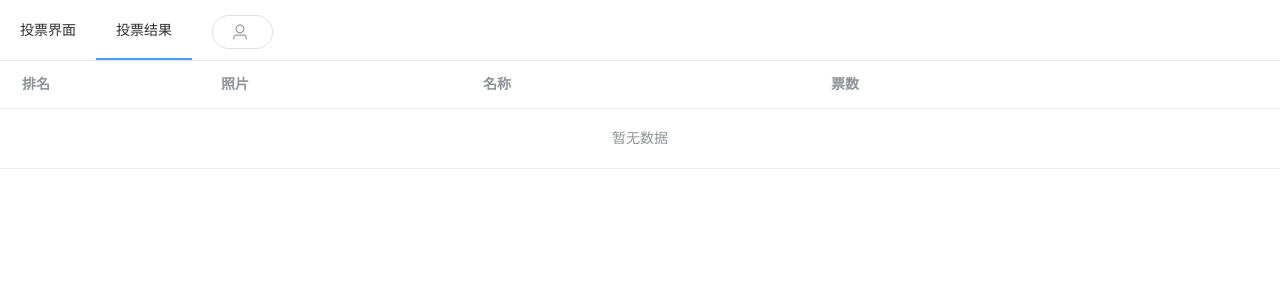
Repository: 280hhh/vote
Page: /#/result
The author's editor kept a copy of each file at every save. The page is drawn from the files as they stood at one save, then again after the next save.
The browser window is 1280 px wide. The pictures show the whole page.
The project was rebuilt for these pictures with package versions that can differ from the ones it lists, and the page was loaded fresh each time. Also part of the build but not shown: src/components/login.vue, src/components/home.vue, src/components/register.vue.

Above is the page before, as saved 2021-06-14 22:18:59.

### src/App.vue
<template>
      <div id="app">
        <!-- 路由占位符 -->
        <div id="nav" v-if="$route.meta.keepAlive">
        <el-menu :default-active="this.$route.path" router class="el-menu-demo" mode="horizontal">
          <el-menu-item v-for="(item,i) in nvaList" :key="i" :index="item.name">
            <template slot="title">
             <span> {{ item.navItem }}</span>
           </template>
          </el-menu-item>
          <el-menu-item>
            <el-dropdown>
              <el-button icon="el-icon-user" size="mini" round></el-button>
              <el-dropdown-menu slot="dropdown">
                <div v-if="loginUser.username!=''">
                  <el-dropdown-item>用户:{{loginUser.username}}</el-dropdown-item>
                  <el-dropdown-item @click.native="logOut">退出</el-dropdown-item>
                </div>
                <div v-else>
                      <router-link to='/login'>
                        <el-dropdown-item>去登陆</el-dropdown-item>
                      </router-link>
                </div>
              </el-dropdown-menu>
            </el-dropdown>
          </el-menu-item>
        </el-menu>
    </div>
    <router-view></router-view>
    </div>
</template>

<script>
export default {
  name:"app",
  data(){
    return{
        loginUser:{
        username:'',
        email:'',
        password:'',
        checkPassword:'',
        phoneNumber:''
      },
      nvaList:[
        {name:'/home',navItem:'投票界面'},
        {name:'/result',navItem:'投票结果'}
      ],
    }
  },
  methods:{
    //点击退出登录时
      logOut(){
        for(var item in this.loginUser){
            this.loginUser[item]='';
        }
        localStorage.loginUser=JSON.stringify(this.loginUser);
      }
  },
  mounted(){
        if(!window.localStorage) this.$message({showClose: true,message: '发生未知错误！',type: 'error'});
        //登录人信息初始化
        if(localStorage.loginUser!=null){
        this.loginUser=JSON.parse(localStorage.loginUser);
        //更新用户组和登陆人的票数和日期
        // this.oldMessage();
        for(var item in this.userGroup){
        }
            localStorage.loginUser=JSON.stringify(this.userGroup[item]);
            localStorage.userGroup=JSON.stringify(this.userGroup);
        }
  }
}

</script>

<style>
body{
  margin: 0;
  padding: 0;
}
</style>

### src/router/index.js
import Vue from 'vue'
import VueRouter from 'vue-router'
import Login from '../components/login.vue'
import '../assets/css/global.css'
import Home from '../components/home.vue'
import Register from '../components/register.vue'
import Result from '../components/result.vue'


Vue.use(VueRouter)

const routes = [
  {path:'/',redirect:'/login',meta:{keepAlive:false}},
  {path:'/login',component:Login,meta:{keepAlive:false}},
  {path:'/home',component:Home,meta:{keepAlive:true}},
  {path:'/register',component:Register,meta:{keepAlive:false}},
  {path:'/result',component:Result,meta:{keepAlive:true}}
]

const router = new VueRouter({
  routes
})

export default router

### src/plugins/element.js
import Vue from 'vue'
import { Button } from 'element-ui'
import {Form,FormItem} from 'element-ui'
import {Input} from 'element-ui'
import {Message} from 'element-ui'
import {Menu} from 'element-ui'
import {MenuItem} from 'element-ui'
import {Submenu} from 'element-ui'
import {Dropdown,DropdownItem,DropdownMenu} from 'element-ui'
import {Dialog} from 'element-ui'
import {Table} from 'element-ui'
import {Progress} from 'element-ui'
import {TableColumn} from 'element-ui'

Vue.use(Button)
Vue.use(Form)
Vue.use(FormItem)
Vue.use(Input)
Vue.prototype.$message=Message
Vue.use(Menu)
Vue.use(MenuItem)
Vue.use(Submenu)
Vue.use(Dropdown)
Vue.use(DropdownItem)
Vue.use(DropdownMenu)
Vue.use(Dialog)
Vue.use(Table)
Vue.use(Progress)
Vue.use(TableColumn)

### src/assets/css/global.css
html,
body,
#app{
  height: 100%;
  margin: 0;
  padding: 0;
}

### src/components/result.vue
<template>
  <div class="result_container">
    <div class="result_box">
      <el-table :data="contestants" stripe>
            <el-table-column width="60" label="排名" align="right">
                <template scope="scope"><span>{{scope.$index + 1}}</span> </template>
            </el-table-column>
            <el-table-column min-width="2.1" label="照片" align="center">
                <template slot-scope="scope">
                <img :src="scope.row.src" class="head_pic"/>
                </template>
            </el-table-column>
            <el-table-column prop="name" label="名称" min-width="1" align="center"></el-table-column>
            <el-table-column prop="votes" min-width="3" align="center" label="票数">
            <template slot-scope="scope">
            <el-progress :show-text="false" :stroke-width="18" :percentage="(scope.row.votes)" :color="colors" v-if="!isNaN(scope.row.votes)">
                </el-progress>
            </template>
            </el-table-column >
            <el-table-column prop="votes"  min-width="1"></el-table-column>
        </el-table>
    </div>
  </div>
</template>

<script>
export default {
data(){
  return{
    contestants:[],
    colors: [
          {color: '#1989fa', percentage: 20},
          {color: '#e6a23c', percentage: 40},
          {color: '#5cb87a', percentage: 60},
          {color: '#f56c6c', percentage: 80},
          {color: '#6f7ad3', percentage: 100}
        ],
  }
},
methods:{
  //进行排名
    sortBy(props) {
    return function(a,b) {
        return   b[props] - a[props];
    }}
},
mounted(){
  let a=JSON.parse(localStorage.contestants);
        for(var item in a){
            this.contestants.push(a[item]);
        }
        this.contestants.sort(this.sortBy("votes"));
  }
}
</script>

<style Lang="less" scoped>
.result_container{
  background-color: #f5f5f5;
}
/* .result_box{
  background-color: white;
  width: 500px;
  height: 500px;
  left: 50%;
  position: relative;
} */
.result_box table{
  width:68%;
  margin:auto;
}
</style>

Loaded but not shown: public/index.html (common file); src/main.js (common file)

After the next save:
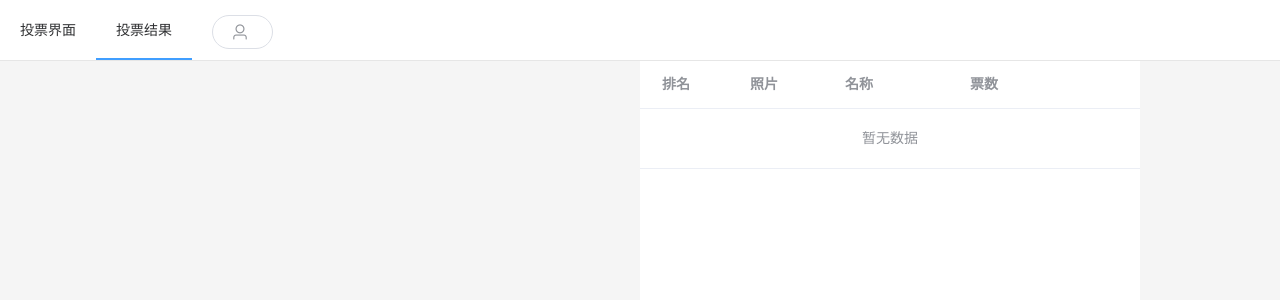
Saved 27 s later.
--- a/src/components/result.vue
+++ b/src/components/result.vue
@@ -58,13 +58,13 @@
 .result_container{
   background-color: #f5f5f5;
 }
-/* .result_box{
+.result_box{
   background-color: white;
   width: 500px;
   height: 500px;
   left: 50%;
   position: relative;
-} */
+}
 .result_box table{
   width:68%;
   margin:auto;
